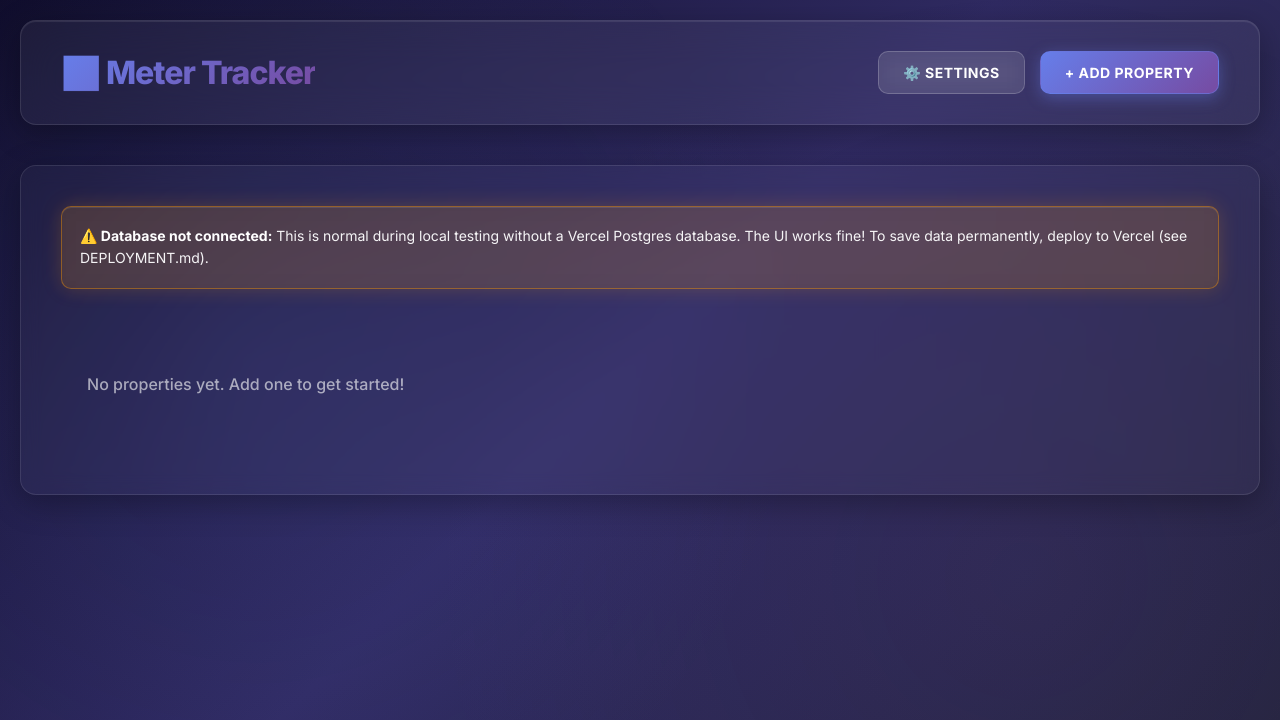
Repository: roshanreddy118/AI-Meter-Management
Page: /
These files come from the project's save history. The page is drawn as it stood at one moment and after the next save; the edit follows.
The browser window is 1280 px wide. The pictures show the whole page.
The page's requests for data from a server got no answer. The project was rebuilt for these pictures with package versions that can differ from the ones it lists, and the page was loaded fresh each time. The framework's server and built-in components were replaced by stand-ins that run in the browser. No one was signed in, and anything a server would have sent is missing. Also part of the build but not shown: next.config.js.

Above is the page before, as saved 2026-06-10 18:42:41.

### app/layout.js
import './globals.css';

export const metadata = {
  title: 'Meter Tracker',
  description: 'Track meter readings and bills for your rental properties',
};

export default function RootLayout({ children }) {
  return (
    <html lang="en">
      <body>{children}</body>
    </html>
  );
}

### app/globals.css
@import url('https://fonts.googleapis.com/css2?family=Inter:wght@300;400;500;600;700;800&display=swap');

@keyframes glow {
  0%, 100% {
    box-shadow: 0 0 20px rgba(102, 126, 234, 0.5), 0 0 40px rgba(102, 126, 234, 0.3), inset 0 0 20px rgba(255, 255, 255, 0.1);
  }
  50% {
    box-shadow: 0 0 30px rgba(102, 126, 234, 0.8), 0 0 60px rgba(102, 126, 234, 0.5), inset 0 0 20px rgba(255, 255, 255, 0.15);
  }
}

@keyframes float {
  0%, 100% {
    transform: translateY(0px);
  }
  50% {
    transform: translateY(-10px);
  }
}

@keyframes slideIn {
  from {
    opacity: 0;
    transform: translateY(20px);
  }
  to {
    opacity: 1;
    transform: translateY(0);
  }
}

@keyframes fadeIn {
  from {
    opacity: 0;
  }
  to {
    opacity: 1;
  }
}

* {
  margin: 0;
  padding: 0;
  box-sizing: border-box;
}

body {
  font-family: 'Inter', -apple-system, BlinkMacSystemFont, 'Segoe UI', sans-serif;
  -webkit-font-smoothing: antialiased;
  -moz-osx-font-smoothing: grayscale;
  background: linear-gradient(135deg, #0f0c29 0%, #302b63 50%, #24243e 100%);
  min-height: 100vh;
  padding: 20px;
  color: #fff;
  position: relative;
}

body::before {
  content: '';
  position: fixed;
  top: 0;
  left: 0;
  width: 100%;
  height: 100%;
  background:
    radial-gradient(circle at 20% 50%, rgba(102, 126, 234, 0.1) 0%, transparent 50%),
    radial-gradient(circle at 80% 80%, rgba(118, 75, 162, 0.1) 0%, transparent 50%);
  pointer-events: none;
  z-index: 0;
}

.container {
  max-width: 1400px;
  margin: 0 auto;
  position: relative;
  z-index: 1;
}

header {
  display: flex;
  justify-content: space-between;
  align-items: center;
  margin-bottom: 40px;
  background: rgba(255, 255, 255, 0.05);
  backdrop-filter: blur(20px);
  padding: 30px 40px;
  border-radius: 16px;
  border: 1px solid rgba(255, 255, 255, 0.1);
  box-shadow: 0 8px 32px rgba(0, 0, 0, 0.3), inset 0 1px 1px rgba(255, 255, 255, 0.1);
  animation: slideIn 0.6s ease-out;
}

header h1 {
  font-size: 32px;
  font-weight: 800;
  background: linear-gradient(135deg, #667eea 0%, #764ba2 100%);
  -webkit-background-clip: text;
  -webkit-text-fill-color: transparent;
  background-clip: text;
  letter-spacing: -1px;
}

.header-actions {
  display: flex;
  gap: 15px;
}

main {
  background: rgba(255, 255, 255, 0.03);
  backdrop-filter: blur(10px);
  padding: 40px;
  border-radius: 16px;
  border: 1px solid rgba(255, 255, 255, 0.1);
  box-shadow: 0 8px 32px rgba(0, 0, 0, 0.3);
  animation: slideIn 0.6s ease-out 0.1s both;
}

.properties-grid {
  display: grid;
  grid-template-columns: repeat(auto-fill, minmax(320px, 1fr));
  gap: 25px;
}

.property-card {
  background: linear-gradient(135deg, rgba(102, 126, 234, 0.2) 0%, rgba(118, 75, 162, 0.2) 100%);
  backdrop-filter: blur(20px);
  color: white;
  padding: 28px;
  border-radius: 14px;
  cursor: pointer;
  border: 1px solid rgba(255, 255, 255, 0.15);
  animation: slideIn 0.6s ease-out both, glow 3s ease-in-out infinite;
  transition: all 0.3s cubic-bezier(0.23, 1, 0.320, 1);
  position: relative;
  overflow: hidden;
}

.property-card::before {
  content: '';
  position: absolute;
  top: 0;
  left: -100%;
  width: 100%;
  height: 100%;
  background: linear-gradient(90deg, transparent, rgba(255, 255, 255, 0.1), transparent);
  transition: left 0.5s;
}

.property-card:hover::before {
  left: 100%;
}

.property-card:hover {
  transform: translateY(-8px) scale(1.02);
  box-shadow: 0 20px 40px rgba(102, 126, 234, 0.4), inset 0 1px 0 rgba(255, 255, 255, 0.2);
  border-color: rgba(255, 255, 255, 0.25);
}

.property-card h3 {
  font-size: 22px;
  font-weight: 700;
  margin-bottom: 15px;
  letter-spacing: -0.5px;
}

.property-card p {
  font-size: 14px;
  margin-bottom: 10px;
  opacity: 0.85;
  font-weight: 500;
}

.property-card .status {
  padding: 8px 16px;
  border-radius: 20px;
  font-size: 12px;
  font-weight: 700;
  display: inline-block;
  background: rgba(255, 255, 255, 0.15);
  backdrop-filter: blur(10px);
  border: 1px solid rgba(255, 255, 255, 0.25);
  text-transform: uppercase;
  letter-spacing: 0.5px;
  transition: all 0.3s;
}

.property-card .status:hover {
  background: rgba(255, 255, 255, 0.25);
  box-shadow: 0 0 20px rgba(255, 255, 255, 0.2);
}

.status.paid {
  background: rgba(76, 175, 80, 0.3);
  border-color: rgba(76, 175, 80, 0.5);
  box-shadow: 0 0 15px rgba(76, 175, 80, 0.3);
}

.status.pending {
  background: rgba(255, 152, 0, 0.3);
  border-color: rgba(255, 152, 0, 0.5);
  box-shadow: 0 0 15px rgba(255, 152, 0, 0.3);
}

/* Modal Styles */
.modal {
  display: none;
  position: fixed;
  z-index: 2000;
  left: 0;
  top: 0;
  width: 100%;
  height: 100%;
  background-color: rgba(0, 0, 0, 0.7);
  backdrop-filter: blur(5px);
  animation: fadeIn 0.3s;
}

.modal.show {
  display: flex;
  justify-content: center;
  align-items: center;
}

.modal-content {
  background: rgba(255, 255, 255, 0.08);
  backdrop-filter: blur(20px);
  padding: 40px;
  border-radius: 16px;
  width: 90%;
  max-width: 500px;
  max-height: 90vh;
  overflow-y: auto;
  box-shadow: 0 20px 60px rgba(0, 0, 0, 0.5), inset 0 1px 1px rgba(255, 255, 255, 0.15);
  border: 1px solid rgba(255, 255, 255, 0.15);
  animation: slideIn 0.4s cubic-bezier(0.23, 1, 0.320, 1);
  color: white;
}

.modal-large {
  max-width: 1000px;
  max-height: 85vh;
}

.close {
  color: rgba(255, 255, 255, 0.7);
  float: right;
  font-size: 32px;
  font-weight: 300;
  cursor: pointer;
  line-height: 1;
  transition: all 0.2s;
  margin-top: -10px;
  margin-right: -10px;
  padding: 10px;
}

.close:hover,
.close:focus {
  color: white;
  transform: scale(1.2) rotate(90deg);
}

.modal-content h2 {
  margin-bottom: 25px;
  color: white;
  font-size: 28px;
  font-weight: 700;
  letter-spacing: -1px;
}

.details-header {
  display: flex;
  justify-content: space-between;
  align-items: center;
  margin-bottom: 30px;
  padding-bottom: 20px;
  border-bottom: 1px solid rgba(255, 255, 255, 0.1);
}

.details-header h2 {
  margin-bottom: 0;
}

form {
  display: flex;
  flex-direction: column;
  gap: 18px;
}

form input,
form label {
  padding: 14px 16px;
  border: 1px solid rgba(255, 255, 255, 0.2);
  border-radius: 10px;
  font-size: 15px;
  background: rgba(255, 255, 255, 0.08);
  color: white;
  transition: all 0.3s;
  font-family: 'Inter', sans-serif;
}

form input::placeholder {
  color: rgba(255, 255, 255, 0.6);
}

form input:focus {
  outline: none;
  border-color: rgba(102, 126, 234, 0.8);
  background: rgba(102, 126, 234, 0.15);
  box-shadow: 0 0 20px rgba(102, 126, 234, 0.4), inset 0 0 10px rgba(102, 126, 234, 0.1);
}

form label {
  border: none;
  padding: 0;
  font-weight: 600;
  color: rgba(255, 255, 255, 0.9);
  text-transform: uppercase;
  font-size: 12px;
  letter-spacing: 1px;
}

/* Button Styles */
.btn {
  padding: 12px 24px;
  border: none;
  border-radius: 10px;
  font-size: 14px;
  font-weight: 700;
  cursor: pointer;
  transition: all 0.3s cubic-bezier(0.23, 1, 0.320, 1);
  letter-spacing: 0.5px;
  text-transform: uppercase;
  font-family: 'Inter', sans-serif;
}

.btn-primary {
  background: linear-gradient(135deg, #667eea 0%, #764ba2 100%);
  color: white;
  box-shadow: 0 4px 15px rgba(102, 126, 234, 0.4);
  border: 1px solid rgba(102, 126, 234, 0.5);
}

.btn-primary:hover {
  transform: translateY(-2px);
  box-shadow: 0 8px 30px rgba(102, 126, 234, 0.6), 0 0 20px rgba(102, 126, 234, 0.4);
}

.btn-primary:active {
  transform: translateY(0);
}

.btn-settings {
  background: rgba(255, 255, 255, 0.1);
  color: white;
  border: 1px solid rgba(255, 255, 255, 0.2);
  backdrop-filter: blur(10px);
}

.btn-settings:hover {
  background: rgba(255, 255, 255, 0.15);
  box-shadow: 0 0 20px rgba(255, 255, 255, 0.2);
  transform: translateY(-2px);
}

.btn-danger {
  background: linear-gradient(135deg, #ef5350 0%, #e53935 100%);
  color: white;
  box-shadow: 0 4px 15px rgba(239, 83, 80, 0.4);
  border: 1px solid rgba(239, 83, 80, 0.5);
}

.btn-danger:hover {
  transform: translateY(-2px);
  box-shadow: 0 8px 30px rgba(239, 83, 80, 0.6);
}

.btn-small {
  padding: 8px 16px;
  font-size: 12px;
}

/* Table Styles */
.readings-table {
  width: 100%;
  border-collapse: collapse;
  margin-top: 25px;
  border-spacing: 0;
}

.readings-table thead {
  background: rgba(102, 126, 234, 0.15);
  border-bottom: 2px solid rgba(102, 126, 234, 0.3);
}

.readings-table th,
.readings-table td {
  padding: 16px;
  text-align: left;
  font-size: 14px;
  color: rgba(255, 255, 255, 0.9);
  border-bottom: 1px solid rgba(255, 255, 255, 0.1);
  font-weight: 500;
}

.readings-table th {
  font-weight: 700;
  text-transform: uppercase;
  font-size: 12px;
  letter-spacing: 1px;
  color: rgba(255, 255, 255, 1);
}

.readings-table tbody tr {
  transition: all 0.3s;
}

.readings-table tbody tr:hover {
  background: rgba(102, 126, 234, 0.1);
  border-left: 3px solid rgba(102, 126, 234, 0.6);
}

.readings-table select {
  padding: 6px 10px;
  border-radius: 6px;
  border: 1px solid rgba(255, 255, 255, 0.2);
  background: rgba(102, 126, 234, 0.2);
  color: white;
  cursor: pointer;
  font-weight: 600;
  transition: all 0.2s;
}

.readings-table select:hover {
  border-color: rgba(102, 126, 234, 0.6);
  box-shadow: 0 0 10px rgba(102, 126, 234, 0.3);
}

.readings-table select:focus {
  outline: none;
  border-color: rgba(102, 126, 234, 0.8);
  box-shadow: 0 0 15px rgba(102, 126, 234, 0.4);
}

.text-center {
  text-align: center;
}

.loading {
  text-align: center;
  color: rgba(255, 255, 255, 0.6);
  padding: 60px 20px;
  font-size: 16px;
  font-weight: 500;
}

/* Alert/Warning Box */
.alert-warning {
  background: rgba(255, 152, 0, 0.15);
  border: 1px solid rgba(255, 152, 0, 0.4);
  color: rgba(255, 255, 255, 0.95);
  padding: 18px;
  border-radius: 10px;
  margin-bottom: 25px;
  box-shadow: 0 0 20px rgba(255, 152, 0, 0.2), inset 0 1px 0 rgba(255, 255, 255, 0.1);
  font-size: 14px;
  line-height: 1.6;
  backdrop-filter: blur(10px);
}

.alert-warning strong {
  color: white;
  font-weight: 700;
}

@media (max-width: 768px) {
  header {
    flex-direction: column;
    gap: 20px;
    text-align: center;
    padding: 20px;
  }

  header h1 {
    font-size: 24px;
  }

  .properties-grid {
    grid-template-columns: 1fr;
  }

  .readings-table {
    font-size: 12px;
  }

  .readings-table th,
  .readings-table td {
    padding: 10px;
  }

  .modal-content {
    padding: 25px;
    width: 95%;
  }

  main {
    padding: 20px;
  }
}

/* Scrollbar Styling */
::-webkit-scrollbar {
  width: 10px;
  height: 10px;
}

::-webkit-scrollbar-track {
  background: rgba(255, 255, 255, 0.05);
  border-radius: 10px;
}

::-webkit-scrollbar-thumb {
  background: linear-gradient(180deg, rgba(102, 126, 234, 0.6), rgba(118, 75, 162, 0.6));
  border-radius: 10px;
  transition: all 0.3s;
}

::-webkit-scrollbar-thumb:hover {
  background: linear-gradient(180deg, rgba(102, 126, 234, 1), rgba(118, 75, 162, 1));
  box-shadow: 0 0 10px rgba(102, 126, 234, 0.5);
}

Loaded but not shown: app/page.js (437 lines, source omitted)

After the next save:
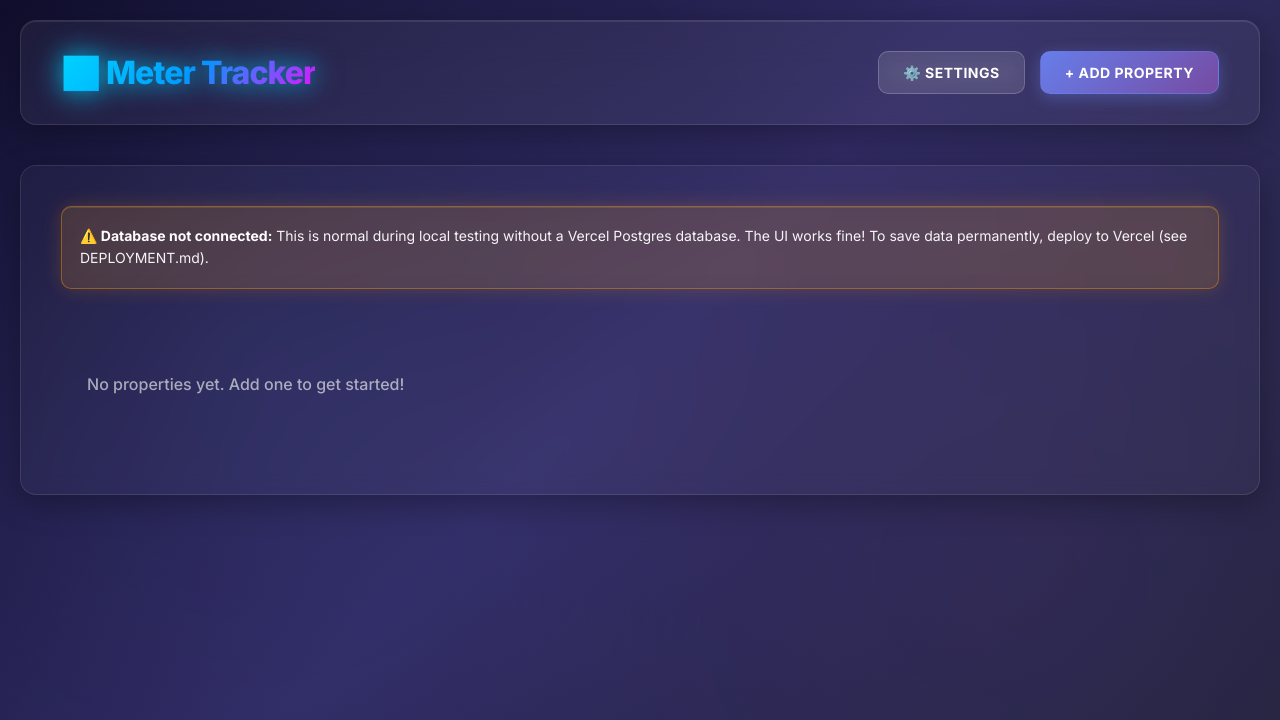
Saved 98 s later.
--- a/app/globals.css
+++ b/app/globals.css
@@ -93,11 +93,13 @@ header {
 header h1 {
   font-size: 32px;
   font-weight: 800;
-  background: linear-gradient(135deg, #667eea 0%, #764ba2 100%);
+  background: linear-gradient(135deg, #00d4ff 0%, #0099ff 50%, #ff00ff 100%);
   -webkit-background-clip: text;
   -webkit-text-fill-color: transparent;
   background-clip: text;
   letter-spacing: -1px;
+  text-shadow: 0 0 30px rgba(0, 212, 255, 0.5);
+  filter: drop-shadow(0 0 10px rgba(0, 212, 255, 0.4));
 }
 
 .header-actions {
